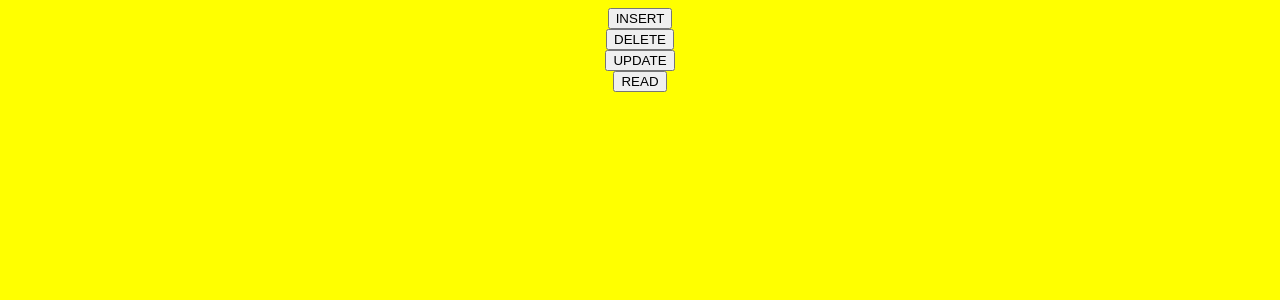
Repository: Thaneshwara848/E-Y
Page: Jdbc-Servlet-Jsp/Webemo5/src/main/webapp/MainEmp.html
These files come from the project's save history. The page is drawn as it stood at one moment and after a run of saves; the edit follows.
The browser window is 1280 px wide. The pictures show the whole page.

Above is the page before, as saved 2023-05-22 05:03:39.

### Jdbc-Servlet-Jsp/Webemo5/src/main/webapp/MainEmp.html
<!DOCTYPE html>
<html>
<head>
<meta charset="UTF-8">
<title>Insert title here</title>
</head>
<body bgcolor="yellow">
<div style="text-align: center;">


	<form action="Register.html">
			<input type="submit" value="INSERT"><br>
	</form>



	<form action="DeletetRecord.html">
			<input type="submit" value="DELETE"><br>
	</form>



	<form action="UpdateRecord.html">
			<input type="submit" value="UPDATE"><br>
	</form>



	<form action="ReadRecord">
			<input type="submit" value="READ"><br>
	</form>
</div>

</body>
</html>

After the next 2 saves:
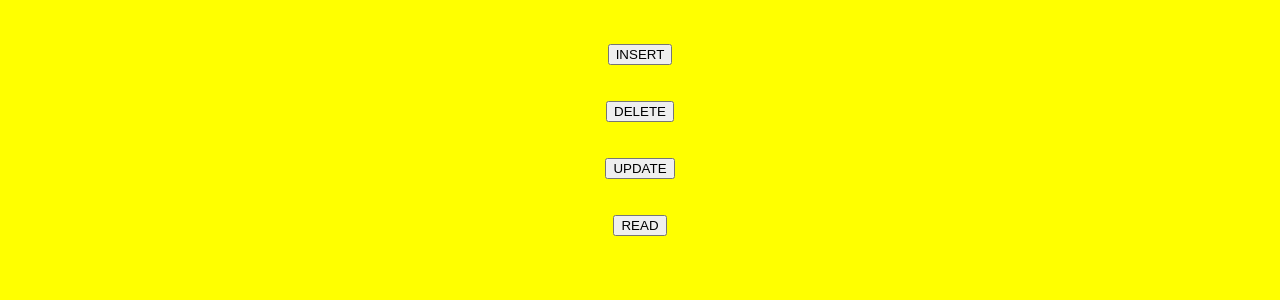
The 2 saves are shown as one change because they came seconds apart.
The last was saved 35 s later.
--- a/Jdbc-Servlet-Jsp/Webemo5/src/main/webapp/MainEmp.html
+++ b/Jdbc-Servlet-Jsp/Webemo5/src/main/webapp/MainEmp.html
@@ -9,25 +9,26 @@
 
 
 	<form action="Register.html">
-			<input type="submit" value="INSERT"><br>
+			<br><br><input type="submit" value="INSERT"><br>
+
 	</form>
 
 
 
 	<form action="DeletetRecord.html">
-			<input type="submit" value="DELETE"><br>
+			<br><br><input type="submit" value="DELETE"><br>
 	</form>
 
 
 
 	<form action="UpdateRecord.html">
-			<input type="submit" value="UPDATE"><br>
+			<br><br><input type="submit" value="UPDATE"><br>
 	</form>
 
 
 
 	<form action="ReadRecord">
-			<input type="submit" value="READ"><br>
+			<br><br><input type="submit" value="READ"><br>
 	</form>
 </div>
 
